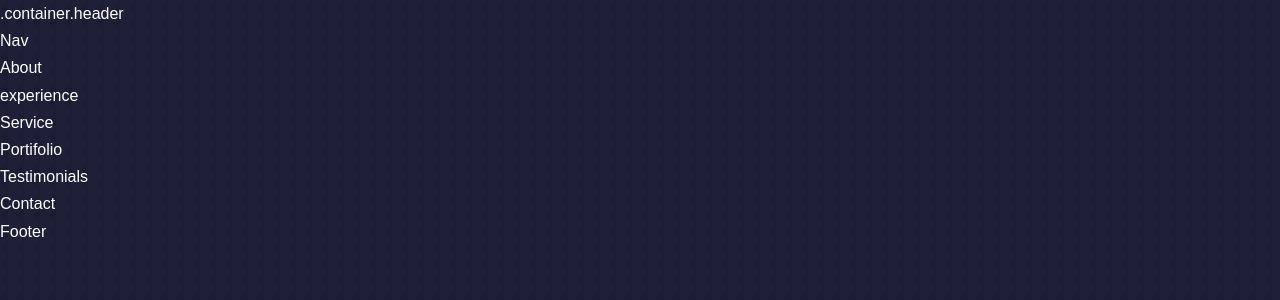
Repository: YuriSarmanho/Portifolio-
Page: / (app in portifolio/)
An editor plug-in stored every save of this project. The page is shown before and after a run of saves, followed by the edit.
The browser window is 1280 px wide. The pictures show the whole page.
The project was rebuilt for these pictures with package versions that can differ from the ones it lists, and the page was loaded fresh each time. Also part of the build but not shown: portifolio/src/Components/Header/Header.css.

Above is the page before, as saved 2022-05-11 16:01:23.

### portifolio/public/index.html
<!DOCTYPE html>
<html lang="pt-br">
<head>
    <meta charset="UTF-8">
    <meta http-equiv="X-UA-Compatible" content="IE=edge">
    <meta name="viewport" content="width=device-width, initial-scale=1.0">
    <title>Yuri Sarmanho Monteiro</title>
</head>
<body>
    <div id="root"></div>
</body>
</html>

### portifolio/src/index.js
import ReactDOM from 'react-dom'
import App from './App'

ReactDOM.render(<App/>, document.querySelector("#root"))

### portifolio/src/App.jsx
import React from "react";
import './index.css'

import Header from "./Components/Header/Header";
import About from "./Components/About/About";
import Contact from "./Components/Contact/Contact";
import Experience from "./Components/Experience/Experience";
import Footer from "./Components/Footer/Footer";
import Nav from "./Components/Nav/Nav";
import Testimonials from "./Components/Testimonials/Testimonials";
import Service from "./Components/Service/Service";
import Portifolio from "./Components/Portifolio/Portifolio";



const App = () => {
  return (
    <>
      <Header />
      <Nav/>
      <About />
      <Experience/>
      <Service/>
      <Portifolio/>
      <Testimonials/>
      <Contact/>
      <Footer/>
    </>
  );
};

export default App;

### portifolio/src/index.css
* {
  margin: 0;
  padding: 0;
  border: 0;
  outline: 0;
  box-sizing: border-box;
  list-style: none;
  text-decoration: none;
}
:root {
  --color-bg: #1f1f38;
  --color-bg-variant: #2c2c6c;
  --color-primary: #4db5ff;
  --color-primary-variant: rgba(77, 181, 255, 0.4);
  --color-white: #fff;
  --color-light: rgba(255, 255, 255, 0.6);

  --transition: all 400ms ease;

  --container-width-lg: 75%;
  --container-width-md: 86%;
  --container-width-sm: 90%;
}
html {
  scroll-behavior: smooth;
}
::-webkit-scrollbar {
  display: none;
}

body {
  font-family: "Poppins", sans-serif;
  background-color: var(--color-bg);
  color: var(--color-white);
  line-height: 1.7;
  background-image: url(../src/assets/bg-texture.png);
}

.container {
  width: var(--container-width-lg);
  margin: 0 auto;
}

h1,
h2,
h3,
h4,
h5 {
  font-weight: 500;
}
h1 {
  font-size: 2.5rem;
}
section {
  margin-top: 8rem;
}
section > h2,
section > h5 {
  text-align: center;
  color: var(--color-ligth);
}

section > h2 {
  color: var(--color-primary);
  margin-bottom: 3rem;
}

.text-light {
  color: var(--color-light);
}
a {
  color: var(--color-primary);
  transition: var(--transition);
}
a:hover{
    color: var(--color-white);
}
.btn{
    width: max-content;
    display: inline-block;
    color: var(--color-primary);
    padding: 0.75rem 1.2rem;
    border-radius: 0.4rem;
    cursor: pointer;
    border: 1px solid var(--color-primary);
    transition: var(--transition);
}

.btn:hover{
    background-color: var(--color-white);
    color: var(--color-bg);
    border: transparent;
}

.btn-primary{
    background-color: var(--color-primary);
    width: 100%;
     object-fit: cover;
}

/*MEDIUM DEVICE*/
@media screen and (max-width:1024px){
    .container{
        width: var(--container-width-md);
    }
    section{
        margin-top: 6rem;
    }
}

/*SMALL DEVICE*/
@media screen and (max-width:600px){
    .container{
        width: var(--container-width-sm);
    }
    section > h2{
        margin-bottom: 2rem;
    }
}

### portifolio/src/Components/Header/Header.jsx
import React from 'react'
import './Header.css'
const header = () => {
  return (
    <header>
      .container.header
    </header>
  )
}

export default header

### portifolio/src/Components/Experience/Experience.jsx
import React from 'react'

const experience = () => {
  return (
    <div>experience</div>
  )
}

export default experience

### portifolio/src/Components/Portifolio/Portifolio.jsx
import React from 'react'

const Portifolio = () => {
  return (
    <div>Portifolio</div>
  )
}

export default Portifolio

Loaded but not shown: portifolio/src/Components/About/About.jsx (common file); portifolio/src/Components/Contact/Contact.jsx (common file); portifolio/src/Components/Footer/Footer.jsx (common file); portifolio/src/Components/Nav/Nav.jsx (common file); portifolio/src/Components/Testimonials/Testimonials.jsx (common file); portifolio/src/Components/Service/Service.jsx (common file); portifolio/src/Components/Header/Header.css (no copy from this time; the picture is the same without it)

After the next 3 saves:
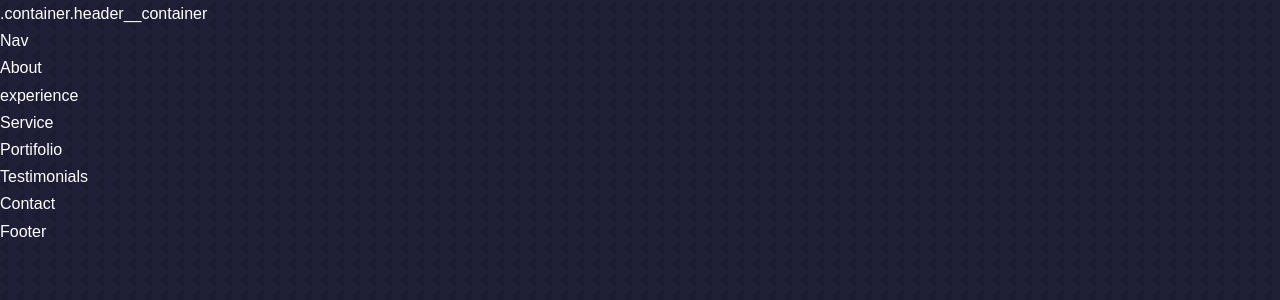
The 3 saves are shown as one change because they came seconds apart.
The last was saved 8 s later.
--- a/portifolio/src/Components/Header/Header.jsx
+++ b/portifolio/src/Components/Header/Header.jsx
@@ -3,7 +3,7 @@
 const header = () => {
   return (
     <header>
-      .container.header
+      .container.header__container
     </header>
   )
 }
